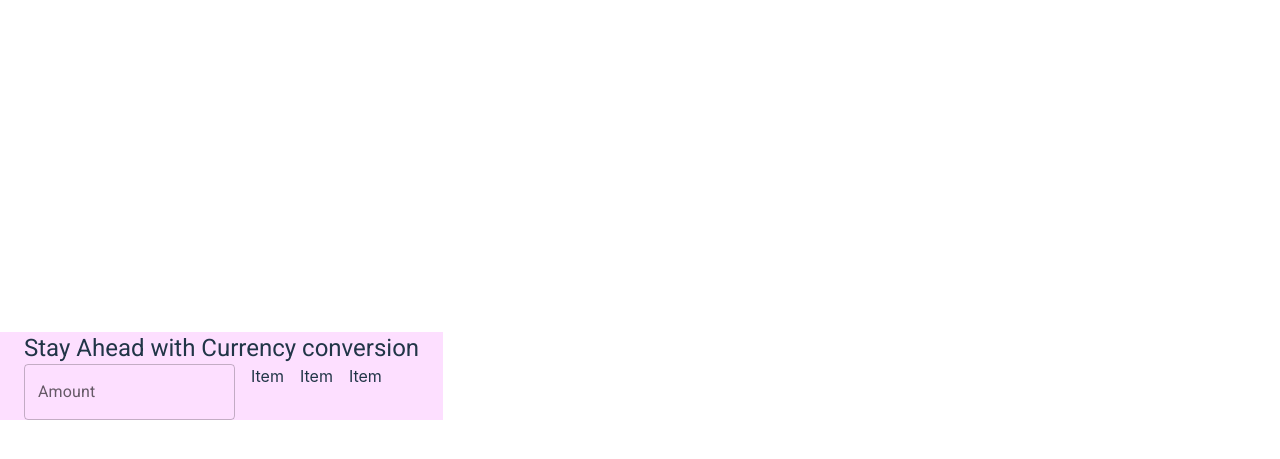
Repository: Asad-devv/CURRENCY
Page: /
The author's editor kept a copy of each file at every save. The page is drawn from the files as they stood at one save, then again after the next save.
The browser window is 1280 px wide. The pictures show the whole page.
The project was rebuilt for these pictures with package versions that can differ from the ones it lists, and the page was loaded fresh each time. Also part of the build but not shown: craco.config.js.

Above is the page before, as saved 2023-03-01 21:46:49.

After the next save:
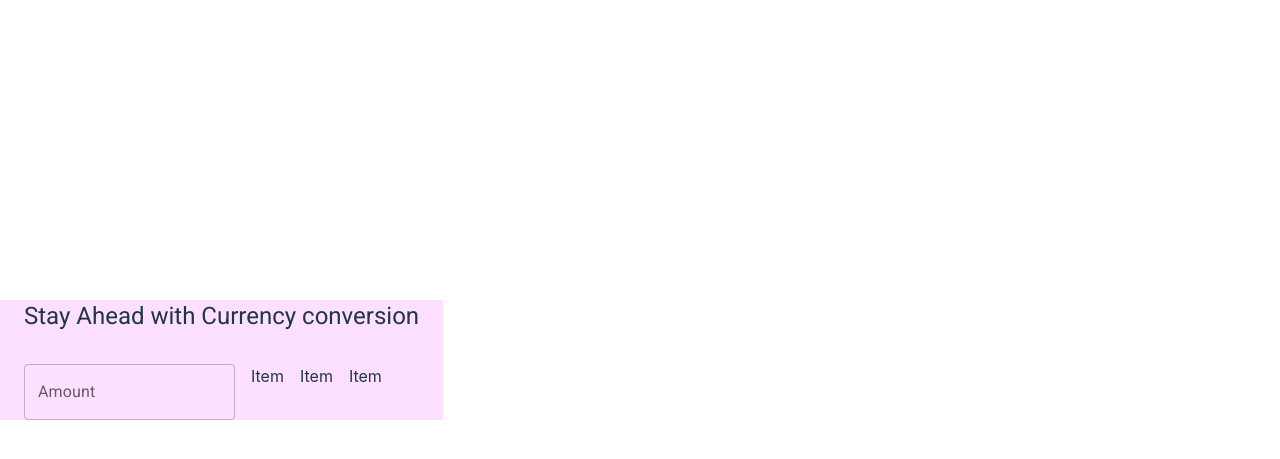
Saved 38 s later.
--- a/src/App.jsx
+++ b/src/App.jsx
@@ -11,7 +11,7 @@ function App() {
 
   return (
     <Container maxWidth="md" sx={{ background: "#fddfff" }}>
-      <Typography variant = "h5"sx={{mt:"2rem"}}>Stay Ahead with Currency conversion</Typography>
+      <Typography variant = "h5"sx={{mb:"2rem"}}>Stay Ahead with Currency conversion</Typography>
       <Grid container spacing ={2}>
         <InputAmount/>
         <SelectCountry/>
